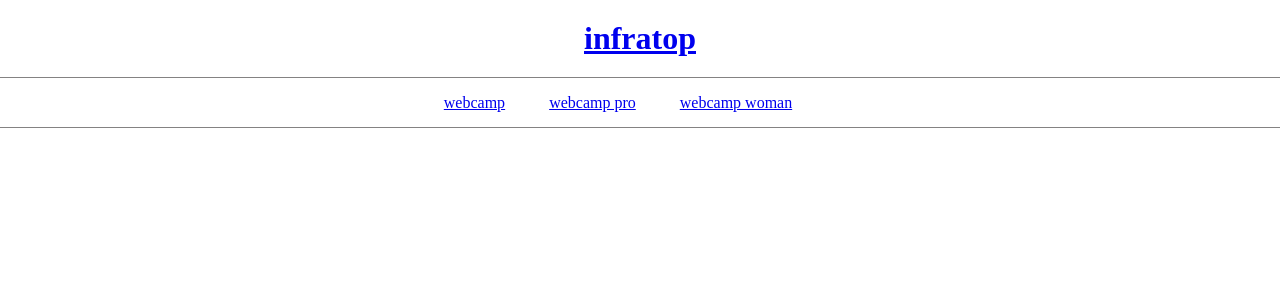
Repository: Takahiro620/dmmwebcamp
Page: enshu5/enshu5.html
The author's editor kept a record of every edit. The page is drawn from the files as they stood at one moment, then again after the next edit.
The browser window is 1280 px wide. The pictures show the whole page.

Above is the page before.

After the next edit:
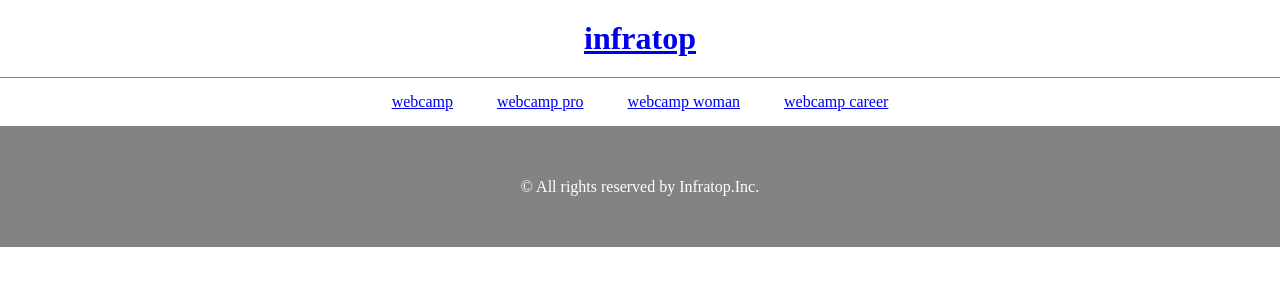
The edit:
--- a/enshu5/enshu5.html
+++ b/enshu5/enshu5.html
@@ -30,10 +30,23 @@
         <li class="nav-list-item">
           <a href="enshu5.html">webcamp woman</a>
         </li>
-        <li class="nav-list-item"></li>
-
+        <li class="nav-list-item">
+          <a href="enshu5.html">webcamp career</a>
+        </li>
       </ul>
     </nav>
 
+
+
+    <div class="main">
+
+    </div>
+
+
+
+    <footer>
+      <p class="footer-text">© All rights reserved by Infratop.Inc.<p/>
+    </footer>
+
   </body>
 </html>
